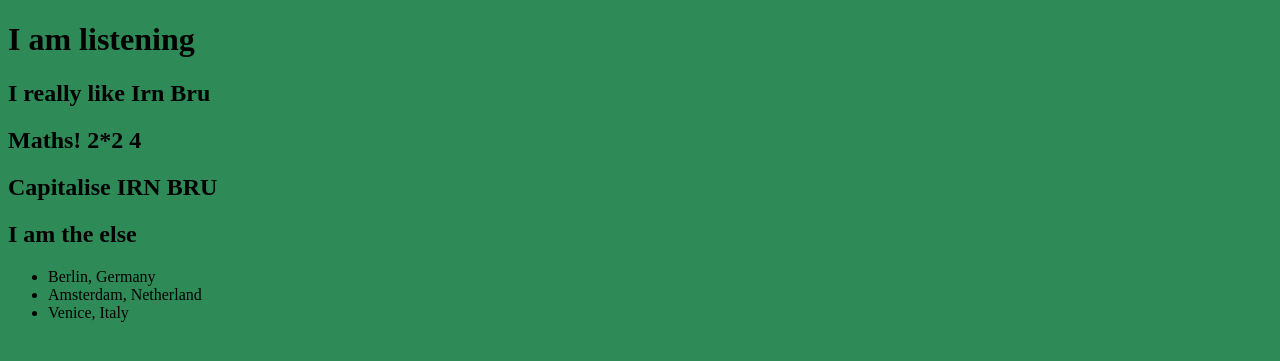
Repository: sinemgcmn/ImageBoard
Page: public/index.html
An editor plug-in stored every save of this project. The page is shown before and after the next save, followed by the edit.
The browser window is 1280 px wide. The pictures show the whole page.

Above is the page before, as saved 2021-02-25 15:57:39.

### public/index.html
<!doctype html>
<html>
<head>
    <title>imageboard</title>
    <link rel="stylesheet" href="/style.css">
</head>
<body>
    <h1>I am listening</h1>
    <div id="main">
        <h2>I really like {{name}}</h2>
        <h2>Maths! 2*2 {{2 * 2}}</h2>
        <h2>Capitalise {{name.toUpperCase()}}</h2>
        <h2 v-if="seen">Can you see me</h2>
        <h2 v-else>I am the else</h2>
        <ul>
            <li v-for="city in cities"
            :key="city.id"
            @click="handleClick">

            {{city.name}}, {{city.country}}
            </li>
        </ul>
    </div>
    <script src="/js/vue.js"></script>
    <script src="/js/axios.min.js"></script>
    <script src="/js/script.js"></script>
</body>
</html>

### public/style.css
body {
    background-color: seagreen;
}

### public/js/script.js
console.log("sanity check");

new Vue({
    el: "#main",
    data: {
        name: "Irn Bru",
        seen: false,
        cities: [
            {
                id: 1,
                name: "Berlin",
                country: "Germany",
            },
            {
                id: 2,
                name: "Amsterdam",
                country: "Netherland",
            },
            {
                id: 3,
                name: "Venice",
                country: "Italy",
            },
        ],
    },
    methods: {
        handleClick: function () {
            console.log("handleclick running", city);
        },
    },
});

Loaded but not shown: public/js/vue.js (library); public/js/axios.min.js (library)

After the next save:
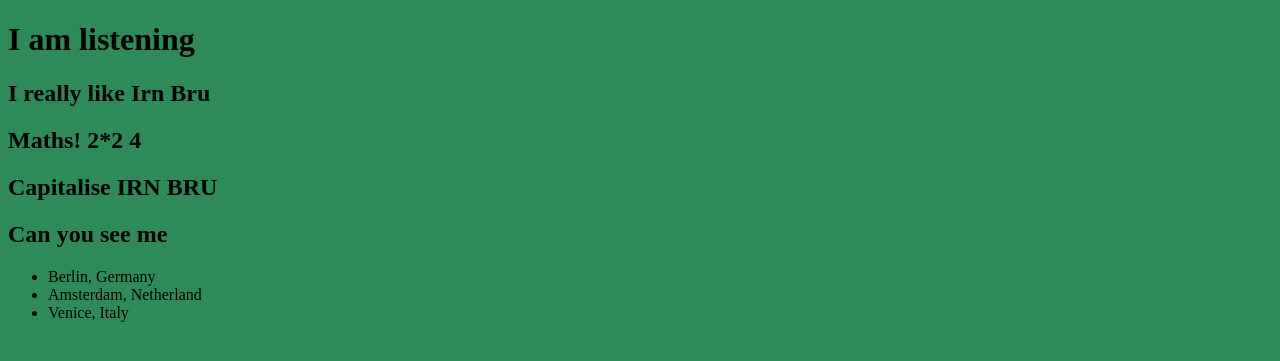
Saved 119 s later.
--- a/public/js/script.js
+++ b/public/js/script.js
@@ -4,7 +4,7 @@
     el: "#main",
     data: {
         name: "Irn Bru",
-        seen: false,
+        seen: true,
         cities: [
             {
                 id: 1,
@@ -26,6 +26,7 @@
     methods: {
         handleClick: function () {
             console.log("handleclick running", city);
+            this.seen = !this.seen;
         },
     },
 });
